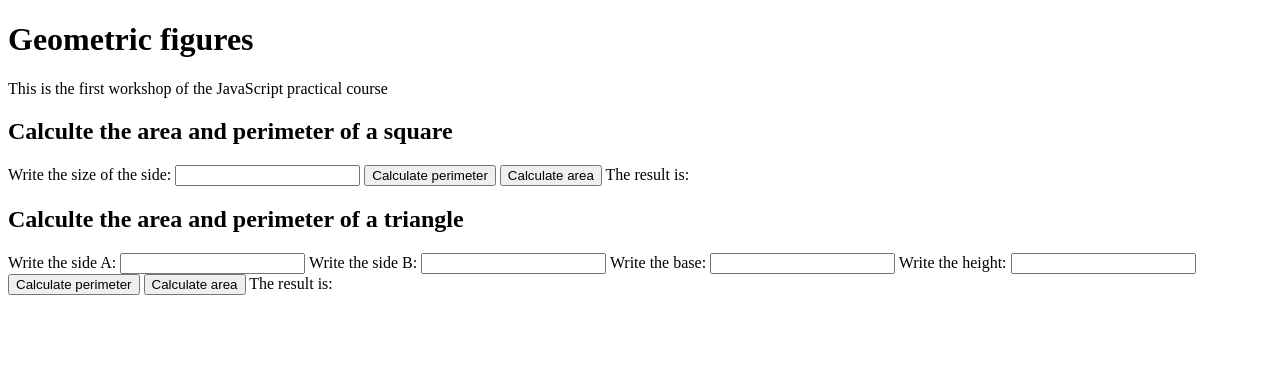
Repository: jangabe/curso-practico-javascript
Page: figures.html
These files come from the project's save history. The page is drawn as it stood at one moment and after the next save; the edit follows.
The browser window is 1280 px wide. The pictures show the whole page.

Above is the page before, as saved 2022-06-13 20:56:02.

After the next save:
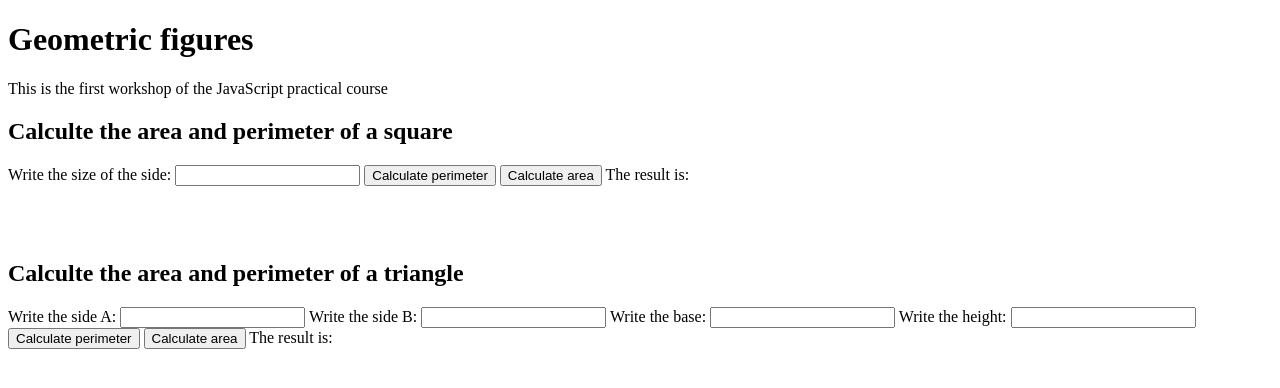
Saved 12 h 40 min later.
--- a/figures.html
+++ b/figures.html
@@ -20,7 +20,9 @@
             <label for="">The result is: </label> <output id="ResultSquare"></output>
         </form>
     </section>
-
+</br>
+</br>
+</br>
     <section>
         <h2>Calculte the area and perimeter of a triangle</h2>
         <form action="">
